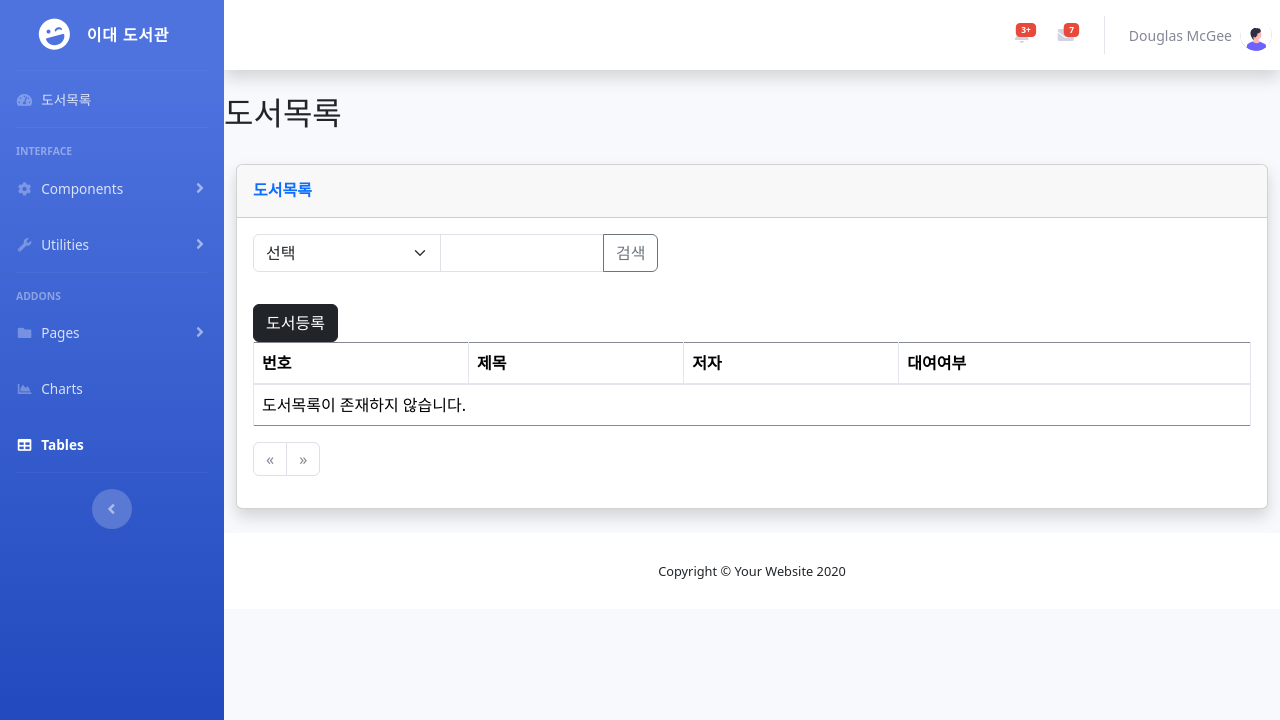
Repository: allely/spring
Page: http://localhost/jsp/book/bookList
These files come from the project's save history. The page is drawn as it stood at one moment and after the next save; the edit follows.
The browser window is 1280 px wide. The pictures show the whole page.
The page is served by Tomcat 9. Queries for data that is not in the repository find no rows.

Above is the page before, as saved 2023-11-27 03:20:48.

After the next save:
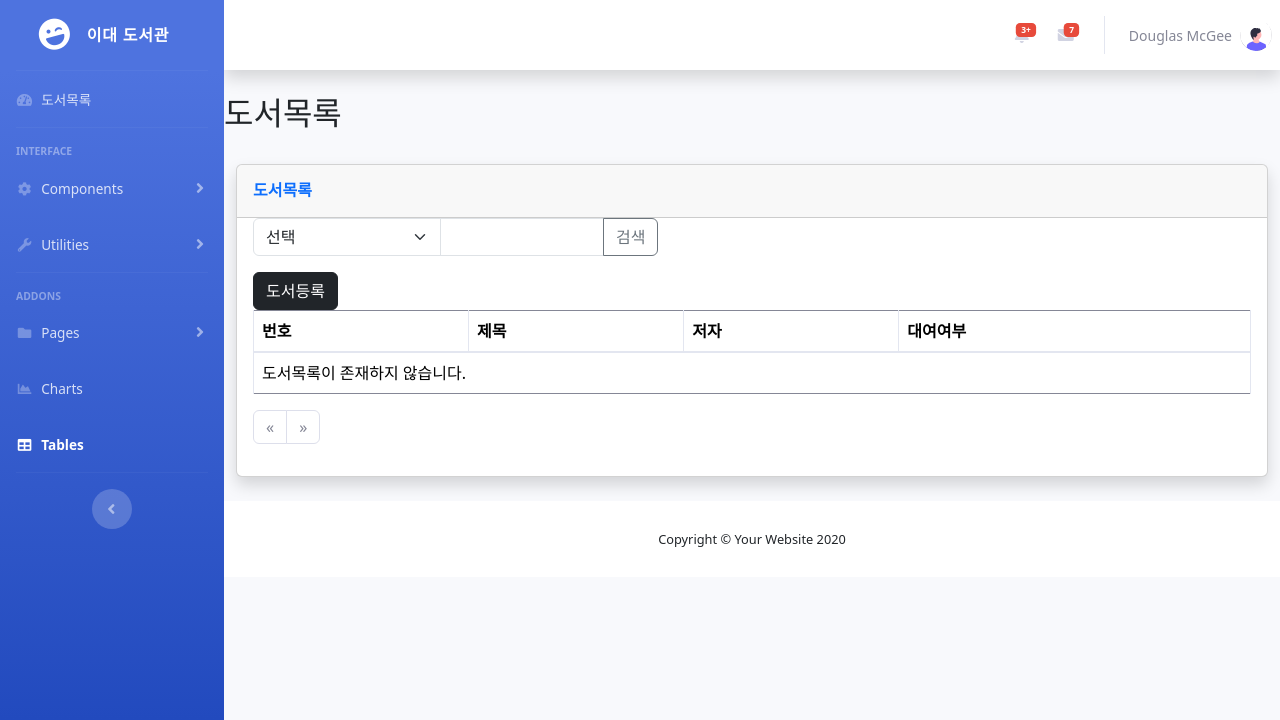
Saved 17 s later.
--- a/2. 서블릿 & JSP/jsp/jsp/src/main/webapp/book/bookList.jsp
+++ b/2. 서블릿 & JSP/jsp/jsp/src/main/webapp/book/bookList.jsp
@@ -59,7 +59,7 @@
 				<div class="card-header py-3">
 					<h6 class="m-0 font-weight-bold text-primary">도서목록</h6>
 				</div>
-			<p>
+
 			<form name="searchForm" action="/book/bookList"
 				class="d-none d-sm-inline-block form-inline mr-auto ml-md-3 my-2 my-md-0 mw-100 navbar-search">
 				<%--
@@ -84,7 +84,7 @@
 					<button class="btn btn-outline-secondary" type="submit">검색</button>
 				</div>
 			</form>
-			</p>
+
 
 				<div class="card-body">
 					<button type="button" class="btn btn-dark" id="regBtn">도서등록</button>
